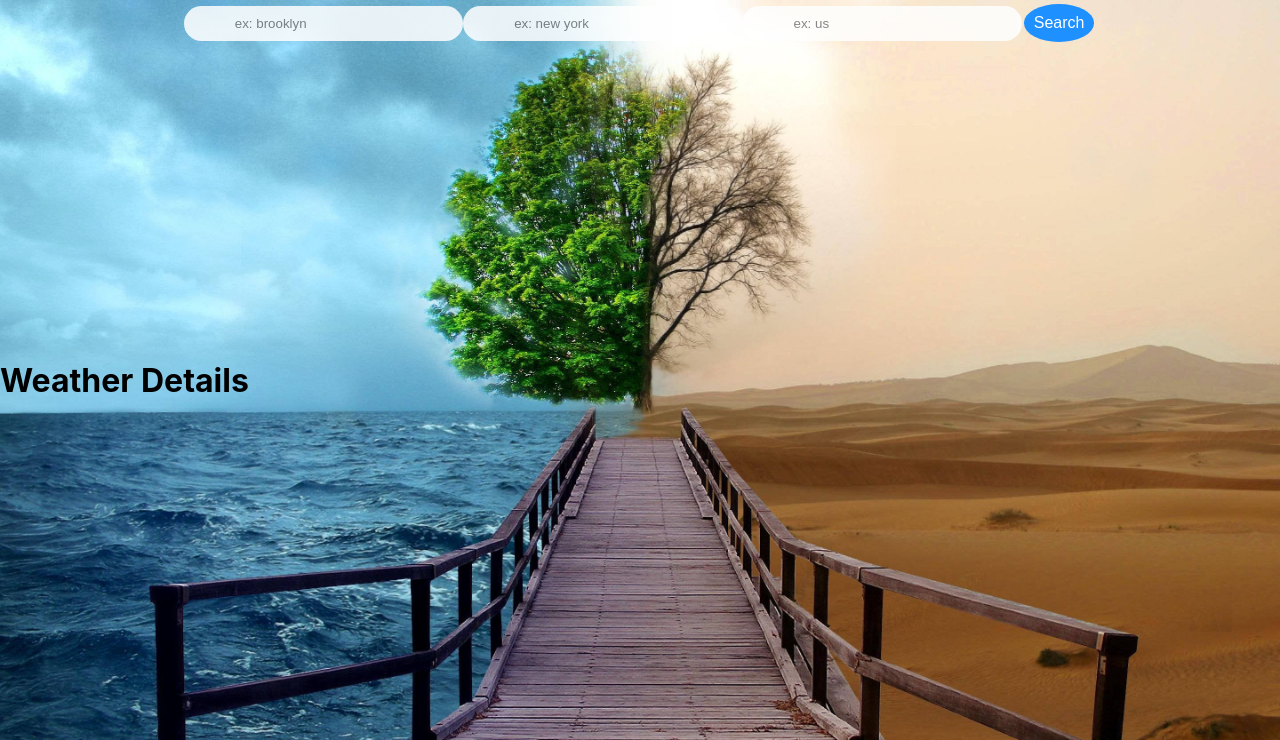
Repository: Mohsin231/Weather_App
Page: /
The author's editor kept a copy of each file at every save. The page is drawn from the files as they stood at one save, then again after the next save.
The browser window is 1280 px wide. The pictures show the whole page.
The project was rebuilt for these pictures with package versions that can differ from the ones it lists, and the page was loaded fresh each time.

Above is the page before, as saved 2021-01-25 04:43:15.

### src/App.js
import React, { useState } from 'react'
import Weather from './Components/Weather'
import WeatherDetails from './Components/WeatherDetails'
import SearchForm from './Components/SearchForm'
import { Route } from 'react-router-dom';
import './App.css';

function App() {

  const [data, setData] = useState({
    city:"",
    state:"",
    country:""
  })

  //weather.js data
  const [weatherData, setWeatherData] = useState(null);
  //weatherDetails data
  const [weatherDetails, setWeatherDetails] = useState(null);

  //displays weather.js data
  function handleChange(event) {
    setData({...data, [event.target.id]:event.target.value})
    console.log(data)
    }

  return (
    <>
    <div className="App">
      <SearchForm
      handleChange={handleChange}
      data={data}
      setData={setData}
      setWeatherData={setWeatherData}
      setWeatherDetails={setWeatherDetails}
      />

<Route path="/" exact component={() => <Weather data={data} setData={setData} weatherData={weatherData}  />} />
<Route path="/" exact component={() => <WeatherDetails data={data} setData={setData} weatherDetails={weatherDetails} />} />

    </div>
    </>

  );
}

export default App;

### src/Components/Weather.js
import React, { useState } from "react";
import WeatherDetails from "../Components/WeatherDetails";
import '../Weather.css';

const Weather = ({ data, setData, weatherData }) => {
  const [action, setAction] = useState("");

  return (
      <div className="main">

        {weatherData &&
        (
          <div className="city-container">

            <div className="city">
            <h2 className="city-name">
              <span>{weatherData.name}, {weatherData.sys.country}</span>
            </h2>

            <div className="city-temp">
              {Math.round(weatherData.main.temp)}
              <sup>&deg;F</sup>
            </div>

            <div className="icon">
              <img className="city-icon" src={`https://openweathermap.org/img/wn/${weatherData.weather[0].icon}@2x.png`} alt={weatherData.weather[0].description} />
              <p>{weatherData.weather[0].description}</p>
            </div>
            </div>

            <button onClick = {() => {setAction("moreDetails")}} id="moreDetails">Show more details...</button>
            </div>

)
}
      {
        action === "moreDetails"
        &&
        <WeatherDetails/>
      }
      </div>

    );
}

export default Weather;




// {weatherData && (
//   <div className="city"
//   <h2 className="city">
//     <span>{weatherData.name}, {weatherData.sys.country}</span>
//   </h2>

// <div className="city-temp">
//   {Math.round(weatherData.main.temp)}
//   <sup>&deg;F</sup>
// </div>

// <div className="city-icon">
// <img className="weather-icon" src={`http://openweathermap.org/img/wn/${weatherData.weather[0].icon}@2x.png`} alt={weatherData.weather[0].description} />
// <p>{weatherData.weather[0].description}</p>
// </div>

// </div>

// )}

// </div>
// </>

### src/Components/WeatherDetails.js
import React from "react";
import '../WeatherDetails.css';

//displays details of weather
const WeatherDetails = ({data, setData, weatherDetails }) => {

  return (
    <div className="main">
      <h1>Weather Details</h1>

      {weatherDetails &&
      (
        <div className="moreInfo">
          <h2>Feels Like: {weatherDetails.main.feels_like}</h2>
          <h2>Min: {weatherDetails.main.temp_min}, Max:{weatherDetails.main.temp_max}</h2>
          <h2>Humidity: {weatherDetails.main.humidity}</h2>
          <h2>Wind Speed: {weatherDetails.wind.speed}</h2>
          </div>

)
}

    </div>

  );
}

export default WeatherDetails;

### src/Components/SearchForm.js
import React, {useEffect} from 'react';
import '../SearchForm.css';
//search


  // Destructure props object
  function SearchForm({handleChange, data, setData, setWeatherData, setWeatherDetails }) {


    const getData = () => {

      let url = `http://api.openweathermap.org/data/2.5/weather?q=${data.city},${data.state},${data.country}&units=imperial&appid=${process.env.REACT_APP_ONEDAY}`

    fetch(url)
      .then(res => res.json())
      .then(res => {
        console.log(res)
        setWeatherData(res);
        setWeatherDetails(res)
      })
      .catch(err => {
        console.error(err);
      });}

  function handleSubmit(event) {
    event.preventDefault();
    getData();
  }

    return (
      <form onSubmit={handleSubmit} className="searchForm">
        <input
          className="search"
          id="city"
          placeholder="ex: brooklyn"
          type="text"
          name="searchString"
          required
          onChange={handleChange}
          value={data.city}
        />
        <input
        className="search"
          id="state"
          placeholder="ex: new york"
          type="text"
          name="searchString"
          required
          onChange={handleChange}
          value={data.state}
        />
        <input
        className="search"
          id="country"
          placeholder="ex: us"
          type="text"
          name="searchString"
          required
          onChange={handleChange}
          value={data.country}
        />
        <button className="button">Search</button>
      </form>
    );
  }
  export default SearchForm;

### src/App.css
.App {
  text-align: center;

}

body {
  background: url("./images/weatherBackground.jpg");
  background-size: cover;
  background-repeat: no-repeat;
}

### src/Weather.css
.main {
    /* height: 100%;
    display: flex;
    justify-content: center;
    align-items: center;
    flex-direction: column; */
  position: absolute;
  top: 20px;

  }

.city {
    padding: 50px;
    border-radius: 25px;
    background: rgba(235, 230, 230, 0.85);
}

#moreDetails {
    margin-top: 100px;
    background-color: dodgerblue;
    border: none;
    color: white;
    padding: 10px;
    text-align: center;
    text-decoration: none;
    display: inline-block;
    font-size: 16px;
    margin: 4px 2px;

}

### src/WeatherDetails.css
.more-info {
    padding: 40px, 40px, 60px, 60px;
    border-radius: 25px;
    background: rgba(235, 230, 230, 0.85);

}
.main {
    height: 100%;
    display: flex;
    justify-content: center;
    align-items: center;
    flex-direction: column;
  }

### src/SearchForm.css
.search {
    outline: none;
    padding: 10px 4%;
    border-radius: 20px;
    border: none;
    margin-bottom: 5%;
    opacity: 0.85;

}
.button {
    background-color: dodgerblue;
    border: none;
    color: white;
    padding: 10px;
    text-align: center;
    text-decoration: none;
    display: inline-block;
    font-size: 16px;
    margin: 4px 2px;
    border-radius: 80%;
  }

Loaded but not shown: public/index.html (common file); src/index.js (common file); src/index.css (common file); src/reportWebVitals.js (common file)

After the next save:
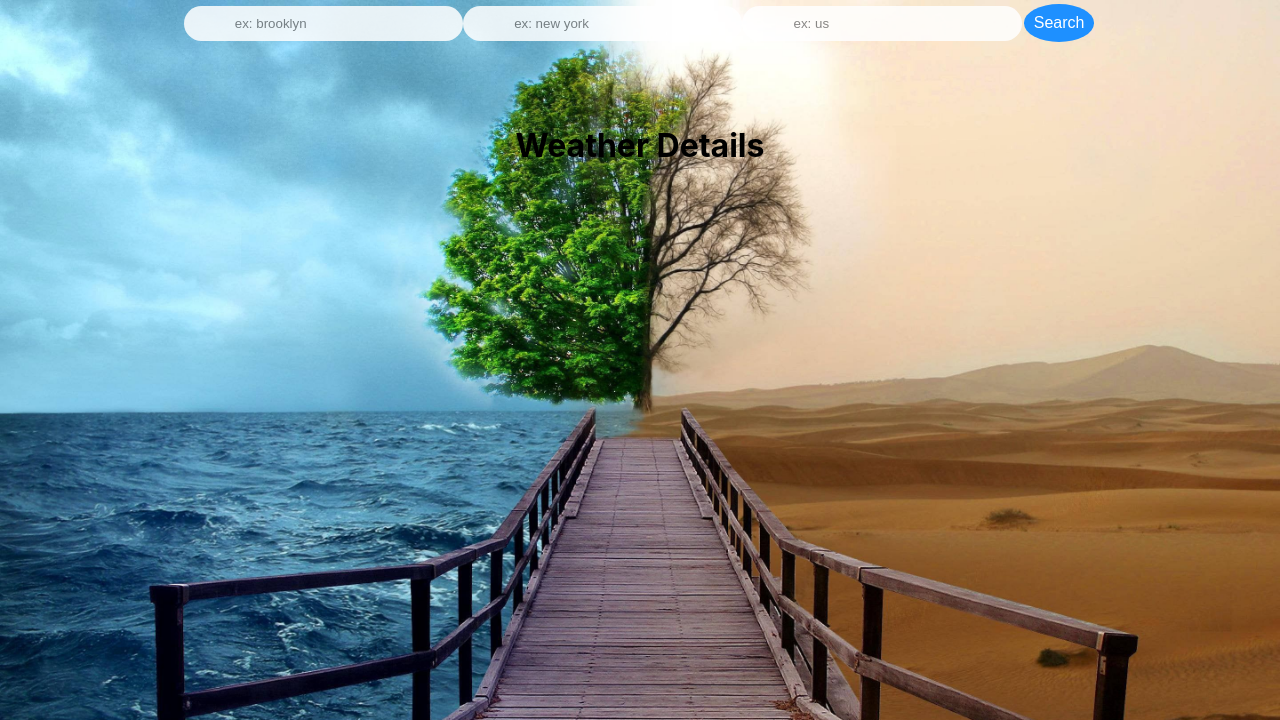
Saved 17 s later.
--- a/src/Weather.css
+++ b/src/Weather.css
@@ -1,12 +1,9 @@
 .main {
-    /* height: 100%;
+    height: 100%;
     display: flex;
     justify-content: center;
     align-items: center;
-    flex-direction: column; */
-  position: absolute;
-  top: 20px;
-
+    flex-direction: column;
   }
 
 .city {
